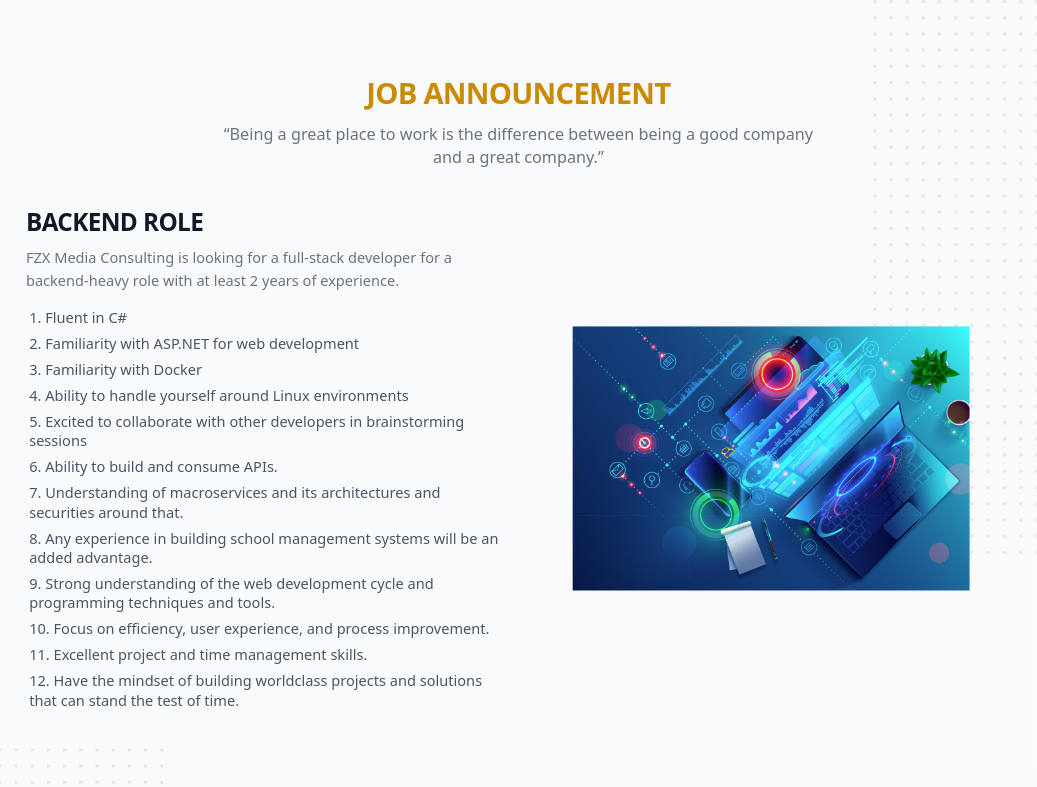
Repository: emorilebo/invotec
Page: /jobs
An editor plug-in stored every save of this project. The page is shown before and after the next save, followed by the edit.
The browser window is 1280 px wide. The pictures show the whole page, at 81% of full size.
The project was rebuilt for these pictures with package versions that can differ from the ones it lists, and the page was loaded fresh each time. The framework's server and built-in components were replaced by stand-ins that run in the browser. Also part of the build but not shown: next.config.js.

Above is the page before, as saved 2022-12-07 11:32:01.

### pages/jobs.tsx
import React from 'react'
import {
  BoltIcon,
  ChatBubbleBottomCenterTextIcon,
  EnvelopeIcon,
  GlobeAltIcon,
  ScaleIcon,
} from '@heroicons/react/24/solid'

const transferFeatures = [
  {
    id: 1,
    name: '1. Fluent in C#',
    description:
      'Lorem ipsum, dolor sit amet consectetur adipisicing elit. Maiores impedit perferendis suscipit eaque, iste dolor cupiditate blanditiis ratione.',
    icon: GlobeAltIcon,
  },
  {
    id: 2,
    name: '2. Familiarity with ASP.NET for web development',
    description:
      'Lorem ipsum, dolor sit amet consectetur adipisicing elit. Maiores impedit perferendis suscipit eaque, iste dolor cupiditate blanditiis ratione.',
    icon: ScaleIcon,
  },
  {
    id: 3,
    name: '3. Familiarity with Docker',
    description:
      'Lorem ipsum, dolor sit amet consectetur adipisicing elit. Maiores impedit perferendis suscipit eaque, iste dolor cupiditate blanditiis ratione.',
    icon: BoltIcon,
  },
  {
    id: 4,
    name: '4. Ability to handle yourself around Linux environments',
    description:
      'Lorem ipsum, dolor sit amet consectetur adipisicing elit. Maiores impedit perferendis suscipit eaque, iste dolor cupiditate blanditiis ratione.',
    icon: BoltIcon,
  },
  {
    id: 5,
    name: '5. Excited to collaborate with other developers in brainstorming sessions',
    description:
      'Lorem ipsum, dolor sit amet consectetur adipisicing elit. Maiores impedit perferendis suscipit eaque, iste dolor cupiditate blanditiis ratione.',
    icon: BoltIcon,
  },
  {
    id: 6,
    name: '6. Ability to build and consume APIs.',
    description:
      'Lorem ipsum, dolor sit amet consectetur adipisicing elit. Maiores impedit perferendis suscipit eaque, iste dolor cupiditate blanditiis ratione.',
    icon: BoltIcon,
  },
  {
    id: 7,
    name: '7. Understanding of macroservices and its architectures and securities around that.',
    description:
      'Lorem ipsum, dolor sit amet consectetur adipisicing elit. Maiores impedit perferendis suscipit eaque, iste dolor cupiditate blanditiis ratione.',
    icon: BoltIcon,
  },
  {
    id: 8,
    name: '8. Any experience in building school management systems will be an added advantage.',
    description:
      'Lorem ipsum, dolor sit amet consectetur adipisicing elit. Maiores impedit perferendis suscipit eaque, iste dolor cupiditate blanditiis ratione.',
    icon: BoltIcon,
  },
  {
    id: 9,
    name: '9. Strong understanding of the web development cycle and programming techniques and tools.',
    description:
      'Lorem ipsum, dolor sit amet consectetur adipisicing elit. Maiores impedit perferendis suscipit eaque, iste dolor cupiditate blanditiis ratione.',
    icon: BoltIcon,
  },
  {
    id: 10,
    name: '10. Focus on efficiency, user experience, and process improvement.',
    description:
      'Lorem ipsum, dolor sit amet consectetur adipisicing elit. Maiores impedit perferendis suscipit eaque, iste dolor cupiditate blanditiis ratione.',
    icon: BoltIcon,
  },
  {
    id: 11,
    name: '11. Excellent project and time management skills.',
    description:
      'Lorem ipsum, dolor sit amet consectetur adipisicing elit. Maiores impedit perferendis suscipit eaque, iste dolor cupiditate blanditiis ratione.',
    icon: BoltIcon,
  },
  {
    id: 12,
    name: '12. Have the mindset of building worldclass projects and solutions that can stand the test of time.',
    description:
      'Lorem ipsum, dolor sit amet consectetur adipisicing elit. Maiores impedit perferendis suscipit eaque, iste dolor cupiditate blanditiis ratione.',
    icon: BoltIcon,
  },
]
const communicationFeatures = [
  {
    id: 1,
    name: 'Mobile notifications',
    description:
      'Lorem ipsum, dolor sit amet consectetur adipisicing elit. Maiores impedit perferendis suscipit eaque, iste dolor cupiditate blanditiis ratione.',
    icon: ChatBubbleBottomCenterTextIcon,
  },
  {
    id: 2,
    name: 'Reminder emails',
    description:
      'Lorem ipsum, dolor sit amet consectetur adipisicing elit. Maiores impedit perferendis suscipit eaque, iste dolor cupiditate blanditiis ratione.',
    icon: EnvelopeIcon,
  },
]

function jobs() {
  return (
    <div className="overflow-hidden bg-gray-50 py-16 lg:py-24">
      <div className="relative mx-auto max-w-xl px-6 lg:max-w-7xl lg:px-8">
        <svg
          className="absolute left-full hidden -translate-x-1/2 -translate-y-1/4 transform lg:block"
          width={404}
          height={784}
          fill="none"
          viewBox="0 0 404 784"
          aria-hidden="true"
        >
          <defs>
            <pattern
              id="b1e6e422-73f8-40a6-b5d9-c8586e37e0e7"
              x={0}
              y={0}
              width={20}
              height={20}
              patternUnits="userSpaceOnUse"
            >
              <rect
                x={0}
                y={0}
                width={4}
                height={4}
                className="text-gray-200"
                fill="currentColor"
              />
            </pattern>
          </defs>
          <rect
            width={404}
            height={784}
            fill="url(#b1e6e422-73f8-40a6-b5d9-c8586e37e0e7)"
          />
        </svg>

        <div className="relative">
          <h2 className="text-center text-3xl font-bold leading-8 tracking-tight text-yellow-600 sm:text-4xl">
            JOB ANNOUNCEMENT
          </h2>
          <p className="mx-auto mt-4 max-w-3xl text-center text-sm lg:text-xl text-gray-500 ">
            “Being a great place to work is the difference between being a good
            company and a great company.”
          </p>
        </div>

        <div className="relative mt-12 lg:mt-12 lg:grid lg:grid-cols-2 lg:items-center lg:gap-8">
          <div className="relative">
            <h3 className="text-2xl font-bold tracking-tight text-gray-900 sm:text-3xl">
              BACKEND ROLE
            </h3>
            <p className="mt-3 text-lg text-gray-500">
              FZX Media Consulting is looking for a full-stack developer for a
              backend-heavy role with at least 2 years of experience.
            </p>

            <dl className="mt-5 space-y-2">
              {transferFeatures.map((item) => (
                <div key={item.id} className="relative">
                  <dt>

                    <p className="ml-1 text-lg font-base leading-6 text-gray-600">
                      {item.name}
                    </p>
                  </dt>

                </div>
              ))}
            </dl>
          </div>

          <div className="relative -mx-4 mt-10 lg:mt-0" aria-hidden="true">
            <svg
              className="absolute left-1/2 -translate-x-1/2 translate-y-16 transform lg:hidden"
              width={784}
              height={404}
              fill="none"
              viewBox="0 0 784 404"
            >
              <defs>
                <pattern
                  id="ca9667ae-9f92-4be7-abcb-9e3d727f2941"
                  x={0}
                  y={0}
                  width={20}
                  height={20}
                  patternUnits="userSpaceOnUse"
                >
                  <rect
                    x={0}
                    y={0}
                    width={4}
                    height={4}
                    className="text-gray-200"
                    fill="currentColor"
                  />
                </pattern>
              </defs>
              <rect
                width={784}
                height={404}
                fill="url(#ca9667ae-9f92-4be7-abcb-9e3d727f2941)"
              />
            </svg>
            <img
              className="relative mx-auto"
              width={490}
              src="/computer.jpg"
              alt=""
            />
          </div>
        </div>

        <svg
          className="absolute right-full hidden translate-x-1/2 translate-y-12 transform lg:block"
          width={404}
          height={784}
          fill="none"
          viewBox="0 0 404 784"
          aria-hidden="true"
        >
          <defs>
            <pattern
              id="64e643ad-2176-4f86-b3d7-f2c5da3b6a6d"
              x={0}
              y={0}
              width={20}
              height={20}
              patternUnits="userSpaceOnUse"
            >
              <rect
                x={0}
                y={0}
                width={4}
                height={4}
                className="text-gray-200"
                fill="currentColor"
              />
            </pattern>
          </defs>
          <rect
            width={404}
            height={784}
            fill="url(#64e643ad-2176-4f86-b3d7-f2c5da3b6a6d)"
          />
        </svg>


      </div>
    </div>
  )
}

export default jobs

Loaded but not shown: pages/_app.tsx (common file); styles/globals.css (common file); tailwind.config.js (common file)

After the next save:
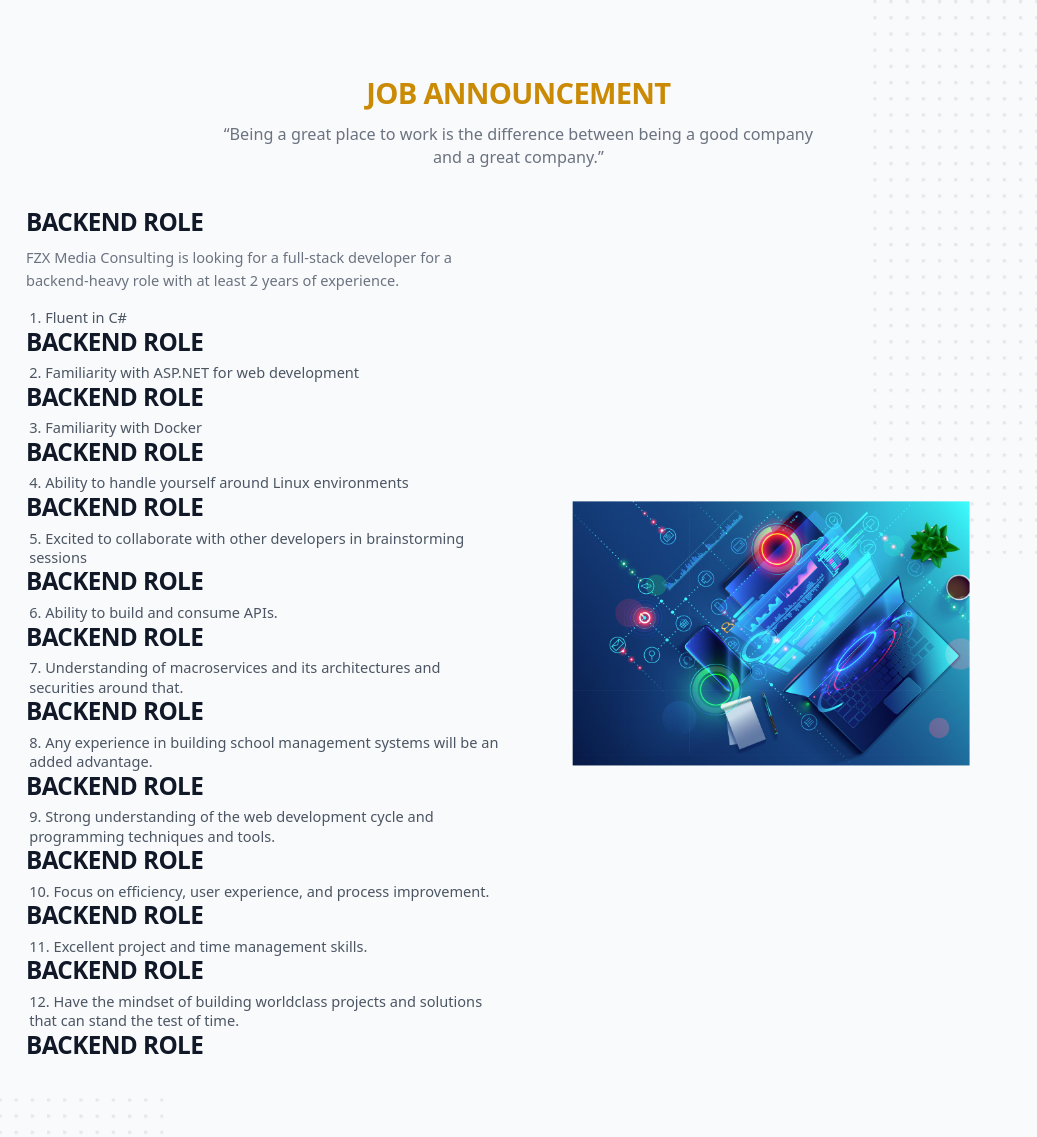
Saved 43 s later.
--- a/pages/jobs.tsx
+++ b/pages/jobs.tsx
@@ -177,7 +177,9 @@
                       {item.name}
                     </p>
                   </dt>
-
+                  <h3 className="text-2xl font-bold tracking-tight text-gray-900 sm:text-3xl">
+              BACKEND ROLE
+            </h3>
                 </div>
               ))}
             </dl>

After the save that followed:
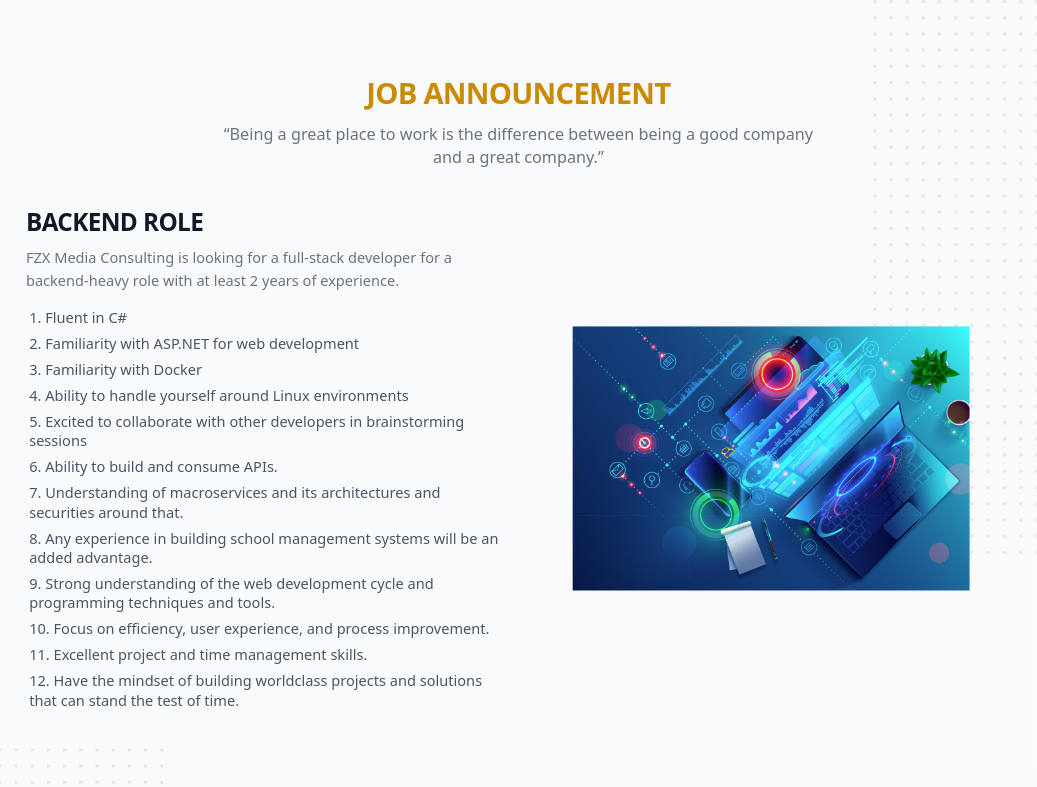
Saved 14 s later.
--- a/pages/jobs.tsx
+++ b/pages/jobs.tsx
@@ -177,9 +177,7 @@
                       {item.name}
                     </p>
                   </dt>
-                  <h3 className="text-2xl font-bold tracking-tight text-gray-900 sm:text-3xl">
-              BACKEND ROLE
-            </h3>
+
                 </div>
               ))}
             </dl>
